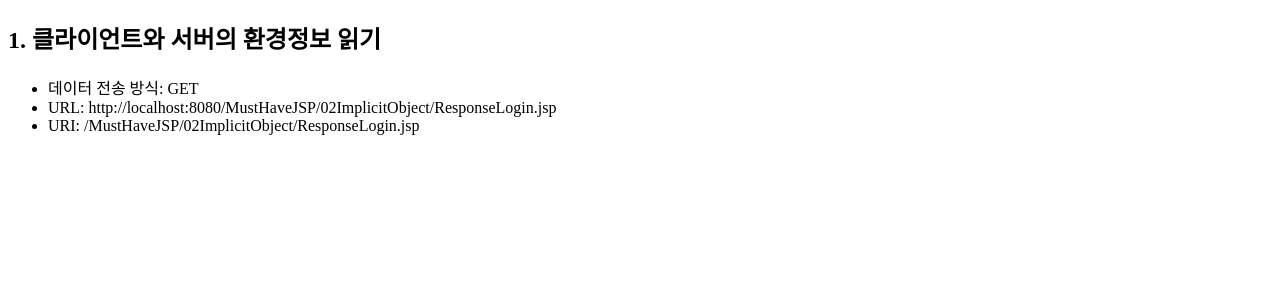
Repository: Jadedvst/JSP-Servlet
Page: http://localhost/MustHaveJSP/02ImplicitObject/ResponseLogin.jsp
An editor plug-in stored every save of this project. The page is shown before and after the next save, followed by the edit.
The browser window is 1280 px wide. The pictures show the whole page.
The page is served by Tomcat 9.

Above is the page before, as saved 2023-12-11 02:42:14.

After the next save:
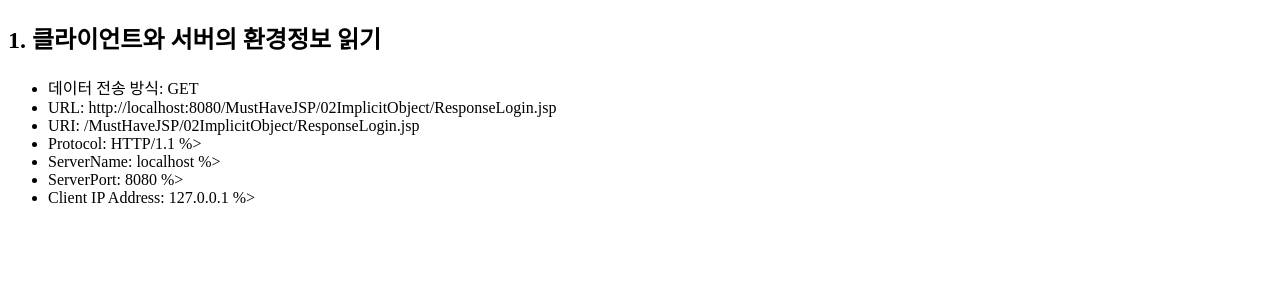
Saved 110 s later.
--- a/MustHaveJSP/src/main/webapp/02ImplicitObject/ResponseLogin.jsp
+++ b/MustHaveJSP/src/main/webapp/02ImplicitObject/ResponseLogin.jsp
@@ -12,6 +12,10 @@
 	<li>데이터 전송 방식: <%= request.getMethod()%></li>
 	<li>URL: <%= request.getRequestURL()%></li>
 	<li>URI: <%= request.getRequestURI()%></li>
+	<li>Protocol: <%= request.getProtocol()%> %></li>
+	<li>ServerName: <%= request.getServerName()%> %></li>
+	<li>ServerPort: <%= request.getServerPort()%> %></li>
+	<li>Client IP Address: <%= request.getRemoteAddr()%> %></li>
 </ul>
 </body>
 </html>
